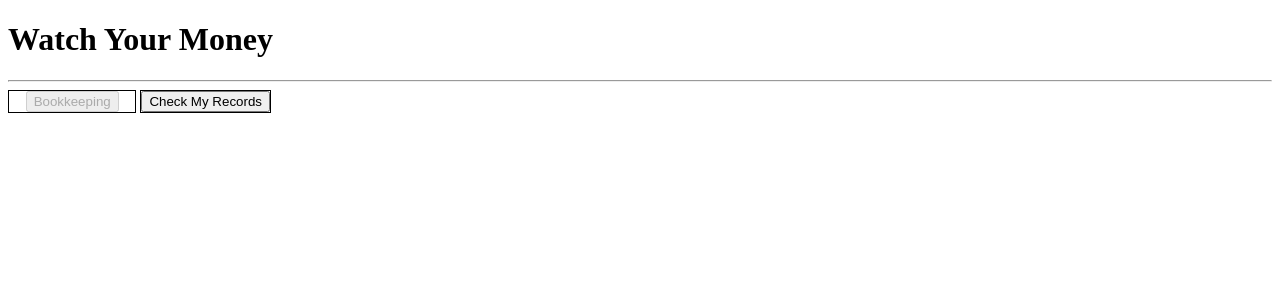
Repository: chelsea9869/Hackathon-TNT
Page: http://localhost/app/watch_your_money.php
An editor plug-in stored every save of this project. The page is shown before and after the next save, followed by the edit.
The browser window is 1280 px wide. The pictures show the whole page.
The page is run by PHP 8.4 with error messages shown; the project is at /var/www/html/.

Above is the page before, as saved 2020-09-05 10:57:56.

### app/watch_your_money.php
<!DOCTYPE html>
<html lang="en">
<head>
    <meta charset="UTF-8">
    <meta name="viewport" content="width=device-width, initial-scale=1.0">
    <title>Watch Your Money</title>
</head>
<body>
    <h1>Watch Your Money</h1>
    <hr>
    <div name='function' style="width:100%">
        <div id='bookkeeping' style="width:10%;text-align:center;display:inline-table;border:1px solid">
            <button disabled="disabled">Bookkeeping</button>
        </div>
        <div id='check_records' style="display:inline-table;text-align:center;border:1px solid">
            <button>Check My Records</button>
        </div>
    </div>
</body>
</html>

After the next save:
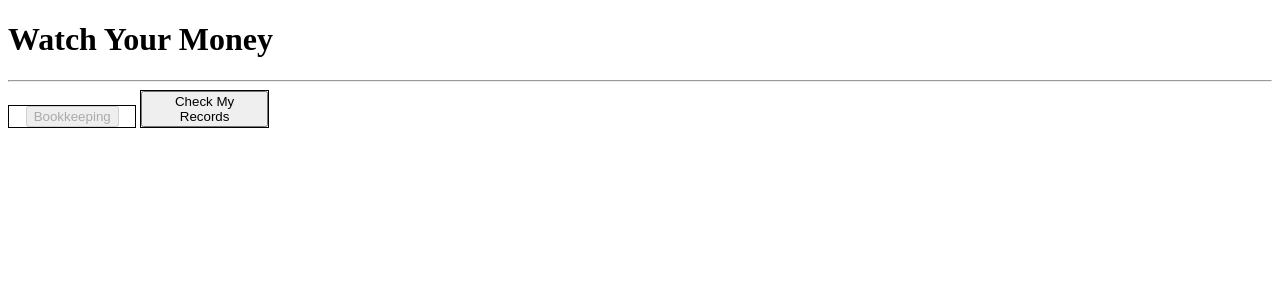
Saved 6 s later.
--- a/app/watch_your_money.php
+++ b/app/watch_your_money.php
@@ -12,7 +12,7 @@
         <div id='bookkeeping' style="width:10%;text-align:center;display:inline-table;border:1px solid">
             <button disabled="disabled">Bookkeeping</button>
         </div>
-        <div id='check_records' style="display:inline-table;text-align:center;border:1px solid">
+        <div id='check_records' style="width:10%;display:inline-table;text-align:center;border:1px solid">
             <button>Check My Records</button>
         </div>
     </div>
